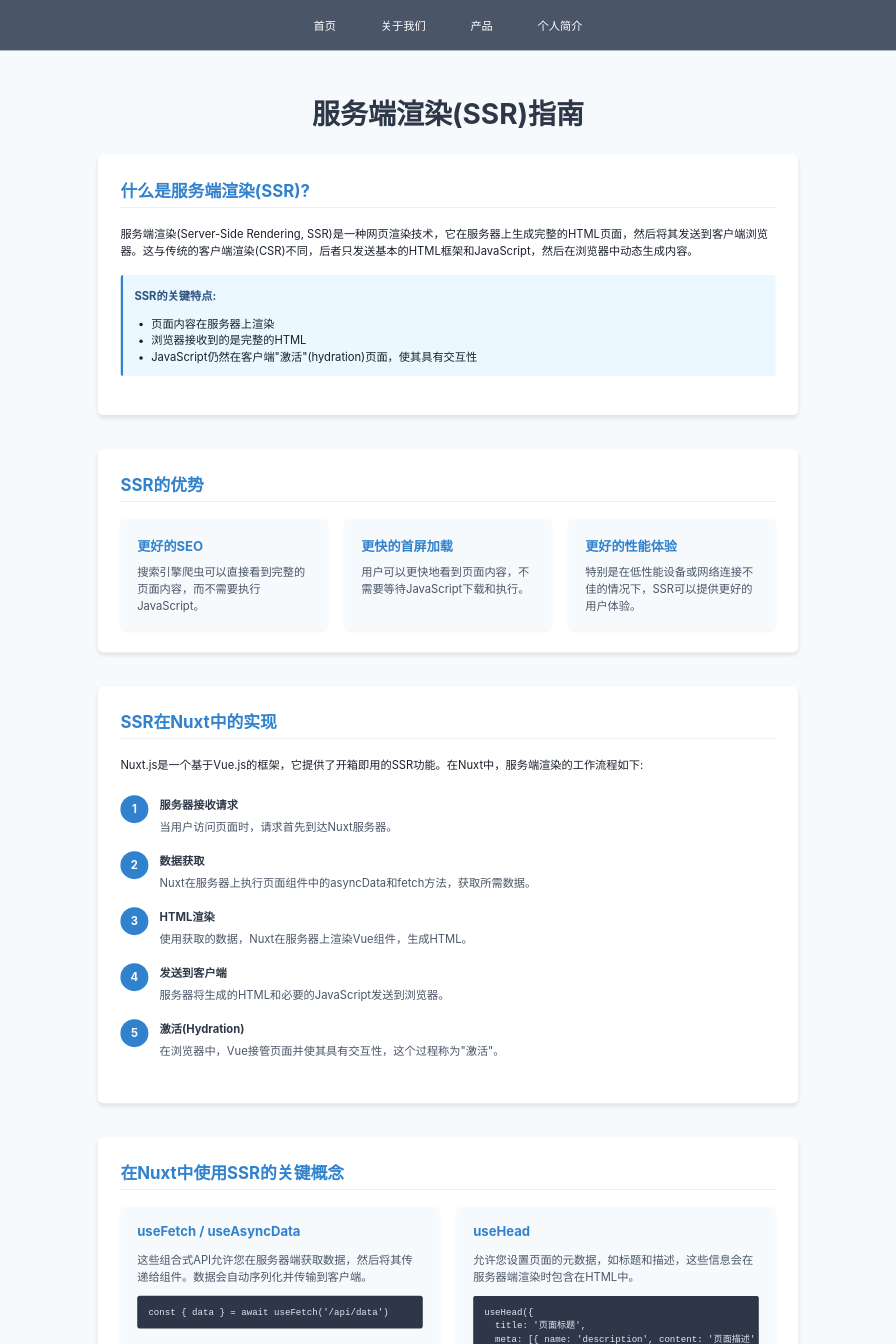
Repository: Bovia/about-me
Page: /ssr-guide
An editor plug-in stored every save of this project. The page is shown before and after the next save, followed by the edit.
The browser window is 1280 px wide. The pictures show the part of the page from y = 0 to 1920 px (the page is 3513 px tall), at 70% of full size.
The project was rebuilt for these pictures with package versions that can differ from the ones it lists, and the page was loaded fresh each time. The framework's server and built-in components were replaced by stand-ins that run in the browser. Also part of the build but not shown: nuxt.config.ts, components/AnimatedSkillTag.vue, components/AnimationShowcase.vue, components/CertificateModal.vue, components/ContactForm.vue, components/FloatingParticles.vue, components/GitHubShowcase.vue, components/GlassNavbar.vue and 6 more.

Above is the page before, as saved 2025-06-30 13:26:33.

### layouts/default.vue
<template>
  <div class="layout">
    <header class="header">
      <nav class="nav">
        <NuxtLink to="/" class="nav-link">首页</NuxtLink>
        <NuxtLink to="/about" class="nav-link">关于我们</NuxtLink>
        <NuxtLink to="/products" class="nav-link">产品</NuxtLink>
        <NuxtLink to="/profile" class="nav-link">个人简介</NuxtLink>
      </nav>
    </header>

    <main class="main-content">
      <slot />x
    </main>

    <footer class="footer">
      <p>&copy; {{ new Date().getFullYear() }} Nuxt SSR 项目</p>
    </footer>
  </div>
</template>

<style scoped>
.layout {
  display: flex;
  flex-direction: column;
  min-height: 100vh;
}

.header {
  background-color: #4a5568;
  padding: 1rem;
}

.nav {
  display: flex;
  justify-content: center;
  gap: 2rem;
}

.nav-link {
  color: white;
  text-decoration: none;
  font-weight: 500;
  padding: 0.5rem 1rem;
  border-radius: 0.25rem;
  transition: background-color 0.2s;
}

.nav-link:hover {
  background-color: #2d3748;
}

.main-content {
  flex: 1;
  padding: 2rem;
  max-width: 1200px;
  margin: 0 auto;
  width: 100%;
}

.footer {
  background-color: #2d3748;
  color: white;
  text-align: center;
  padding: 1rem;
  margin-top: auto;
}
</style>

### app.vue
<template>
  <NuxtLayout>
    <NuxtPage />
  </NuxtLayout>
</template>

<style>
html, body {
  margin: 0;
  padding: 0;
  font-family: -apple-system, BlinkMacSystemFont, 'Segoe UI', Roboto, Oxygen, Ubuntu, Cantarell, 'Open Sans', 'Helvetica Neue', sans-serif;
  background-color: #f7fafc;
  color: #1a202c;
}

* {
  box-sizing: border-box;
}
</style>

### pages/ssr-guide.vue
<template>
  <div class="ssr-guide">
    <h1>服务端渲染(SSR)指南</h1>

    <div class="guide-content">
      <section class="guide-section">
        <h2>什么是服务端渲染(SSR)?</h2>
        <p>
          服务端渲染(Server-Side Rendering, SSR)是一种网页渲染技术，它在服务器上生成完整的HTML页面，然后将其发送到客户端浏览器。这与传统的客户端渲染(CSR)不同，后者只发送基本的HTML框架和JavaScript，然后在浏览器中动态生成内容。
        </p>
        <div class="info-box">
          <h4>SSR的关键特点:</h4>
          <ul>
            <li>页面内容在服务器上渲染</li>
            <li>浏览器接收到的是完整的HTML</li>
            <li>JavaScript仍然在客户端"激活"(hydration)页面，使其具有交互性</li>
          </ul>
        </div>
      </section>

      <section class="guide-section">
        <h2>SSR的优势</h2>
        <div class="advantages">
          <div class="advantage-card">
            <h3>更好的SEO</h3>
            <p>搜索引擎爬虫可以直接看到完整的页面内容，而不需要执行JavaScript。</p>
          </div>

          <div class="advantage-card">
            <h3>更快的首屏加载</h3>
            <p>用户可以更快地看到页面内容，不需要等待JavaScript下载和执行。</p>
          </div>

          <div class="advantage-card">
            <h3>更好的性能体验</h3>
            <p>特别是在低性能设备或网络连接不佳的情况下，SSR可以提供更好的用户体验。</p>
          </div>
        </div>
      </section>

      <section class="guide-section">
        <h2>SSR在Nuxt中的实现</h2>
        <p>
          Nuxt.js是一个基于Vue.js的框架，它提供了开箱即用的SSR功能。在Nuxt中，服务端渲染的工作流程如下:
        </p>

        <div class="flow-diagram">
          <div class="flow-step">
            <div class="step-number">1</div>
            <div class="step-content">
              <h4>服务器接收请求</h4>
              <p>当用户访问页面时，请求首先到达Nuxt服务器。</p>
            </div>
          </div>

          <div class="flow-step">
            <div class="step-number">2</div>
            <div class="step-content">
              <h4>数据获取</h4>
              <p>Nuxt在服务器上执行页面组件中的asyncData和fetch方法，获取所需数据。</p>
            </div>
          </div>

          <div class="flow-step">
            <div class="step-number">3</div>
            <div class="step-content">
              <h4>HTML渲染</h4>
              <p>使用获取的数据，Nuxt在服务器上渲染Vue组件，生成HTML。</p>
            </div>
          </div>

          <div class="flow-step">
            <div class="step-number">4</div>
            <div class="step-content">
              <h4>发送到客户端</h4>
              <p>服务器将生成的HTML和必要的JavaScript发送到浏览器。</p>
            </div>
          </div>

          <div class="flow-step">
            <div class="step-number">5</div>
            <div class="step-content">
              <h4>激活(Hydration)</h4>
              <p>在浏览器中，Vue接管页面并使其具有交互性，这个过程称为"激活"。</p>
            </div>
          </div>
        </div>
      </section>

      <section class="guide-section">
        <h2>在Nuxt中使用SSR的关键概念</h2>

        <div class="concept-grid">
          <div class="concept-card">
            <h3>useFetch / useAsyncData</h3>
            <p>这些组合式API允许您在服务器端获取数据，然后将其传递给组件。数据会自动序列化并传输到客户端。</p>
            <pre><code>const { data } = await useFetch('/api/data')</code></pre>
          </div>

          <div class="concept-card">
            <h3>useHead</h3>
            <p>允许您设置页面的元数据，如标题和描述，这些信息会在服务器端渲染时包含在HTML中。</p>
            <pre><code>useHead({
  title: '页面标题',
  meta: [{ name: 'description', content: '页面描述' }]
})</code></pre>
          </div>

          <div class="concept-card">
            <h3>nuxt.config.ts</h3>
            <p>Nuxt配置文件中的ssr选项允许您控制是否启用服务端渲染。</p>
            <pre><code>export default defineNuxtConfig({
  ssr: true // 启用SSR (默认值)
})</code></pre>
          </div>

          <div class="concept-card">
            <h3>客户端/服务端特定代码</h3>
            <p>使用process.client和process.server可以编写只在客户端或服务器端执行的代码。</p>
            <pre><code>if (process.server) {
  // 只在服务器上执行的代码
}

if (process.client) {
  // 只在浏览器中执行的代码
}</code></pre>
          </div>
        </div>
      </section>

      <section class="guide-section">
        <h2>SSR vs CSR vs 静态生成</h2>
        <table class="comparison-table">
          <thead>
            <tr>
              <th>特性</th>
              <th>服务端渲染 (SSR)</th>
              <th>客户端渲染 (CSR)</th>
              <th>静态生成 (SSG)</th>
            </tr>
          </thead>
          <tbody>
            <tr>
              <td>页面生成时间</td>
              <td>每次请求时</td>
              <td>在浏览器中</td>
              <td>构建时</td>
            </tr>
            <tr>
              <td>SEO</td>
              <td>很好</td>
              <td>较差</td>
              <td>很好</td>
            </tr>
            <tr>
              <td>首屏加载</td>
              <td>快</td>
              <td>慢</td>
              <td>最快</td>
            </tr>
            <tr>
              <td>服务器负载</td>
              <td>高</td>
              <td>低</td>
              <td>最低</td>
            </tr>
            <tr>
              <td>数据实时性</td>
              <td>实时</td>
              <td>实时</td>
              <td>构建时静态</td>
            </tr>
          </tbody>
        </table>
      </section>

      <section class="guide-section">
        <h2>实际示例：本项目中的SSR</h2>
        <p>
          在本项目中，我们已经实现了几个使用SSR的页面：
        </p>
        <ul class="example-list">
          <li>
            <strong>产品页面</strong> - 使用<code>useFetch</code>从服务器API获取产品数据
          </li>
          <li>
            <strong>个人简介页面</strong> - 使用<code>useFetch</code>从服务器API获取用户资料
          </li>
        </ul>
        <p>
          这些页面展示了SSR的基本工作流程：
        </p>
        <ol>
          <li>在服务器上获取数据</li>
          <li>使用数据渲染HTML</li>
          <li>将HTML发送到浏览器</li>
          <li>在浏览器中"激活"页面，使其具有交互性</li>
        </ol>
      </section>
    </div>
  </div>
</template>

<script setup>
// 页面元数据
useHead({
  title: 'SSR指南 - Nuxt SSR 项目',
  meta: [
    { name: 'description', content: '了解服务端渲染(SSR)的基本概念和在Nuxt中的实现' }
  ]
})
</script>

<style scoped>
.ssr-guide {
  max-width: 1000px;
  margin: 0 auto;
  padding-bottom: 3rem;
}

h1 {
  text-align: center;
  font-size: 2.5rem;
  margin-bottom: 2rem;
  color: #2d3748;
}

.guide-section {
  margin-bottom: 3rem;
  background-color: white;
  padding: 2rem;
  border-radius: 0.5rem;
  box-shadow: 0 4px 6px rgba(0, 0, 0, 0.1);
}

.guide-section h2 {
  color: #3182ce;
  margin-top: 0;
  margin-bottom: 1.5rem;
  padding-bottom: 0.5rem;
  border-bottom: 1px solid #e2e8f0;
}

.info-box {
  background-color: #ebf8ff;
  border-left: 4px solid #3182ce;
  padding: 1rem;
  margin: 1.5rem 0;
  border-radius: 0.25rem;
}

.info-box h4 {
  margin-top: 0;
  margin-bottom: 0.5rem;
  color: #2c5282;
}

.info-box ul {
  margin-bottom: 0;
  padding-left: 1.5rem;
}

.advantages {
  display: grid;
  grid-template-columns: repeat(auto-fill, minmax(250px, 1fr));
  gap: 1.5rem;
}

.advantage-card {
  background-color: #f7fafc;
  padding: 1.5rem;
  border-radius: 0.5rem;
  box-shadow: 0 2px 4px rgba(0, 0, 0, 0.05);
}

.advantage-card h3 {
  color: #3182ce;
  margin-top: 0;
  margin-bottom: 0.75rem;
}

.advantage-card p {
  margin: 0;
  color: #4a5568;
}

.flow-diagram {
  margin: 2rem 0;
}

.flow-step {
  display: flex;
  margin-bottom: 1.5rem;
}

.step-number {
  display: flex;
  align-items: center;
  justify-content: center;
  width: 40px;
  height: 40px;
  background-color: #3182ce;
  color: white;
  border-radius: 50%;
  font-weight: bold;
  margin-right: 1rem;
  flex-shrink: 0;
}

.step-content {
  flex: 1;
}

.step-content h4 {
  margin-top: 0;
  margin-bottom: 0.5rem;
  color: #2d3748;
}

.step-content p {
  margin: 0;
  color: #4a5568;
}

.concept-grid {
  display: grid;
  grid-template-columns: repeat(auto-fill, minmax(300px, 1fr));
  gap: 1.5rem;
}

.concept-card {
  background-color: #f7fafc;
  padding: 1.5rem;
  border-radius: 0.5rem;
  box-shadow: 0 2px 4px rgba(0, 0, 0, 0.05);
}

.concept-card h3 {
  color: #3182ce;
  margin-top: 0;
  margin-bottom: 0.75rem;
}

.concept-card p {
  margin-bottom: 1rem;
  color: #4a5568;
}

.concept-card pre {
  background-color: #2d3748;
  color: #e2e8f0;
  padding: 1rem;
  border-radius: 0.25rem;
  overflow-x: auto;
  margin: 0;
}

.comparison-table {
  width: 100%;
  border-collapse: collapse;
  margin: 1.5rem 0;
}

.comparison-table th, .comparison-table td {
  padding: 0.75rem;
  text-align: left;
  border-bottom: 1px solid #e2e8f0;
}

.comparison-table th {
  background-color: #f7fafc;
  font-weight: bold;
  color: #2d3748;
}

.example-list li {
  margin-bottom: 0.75rem;
}

@media (max-width: 768px) {
  .guide-section {
    padding: 1.5rem;
  }

  .concept-grid, .advantages {
    grid-template-columns: 1fr;
  }
}
</style>

After the next save:
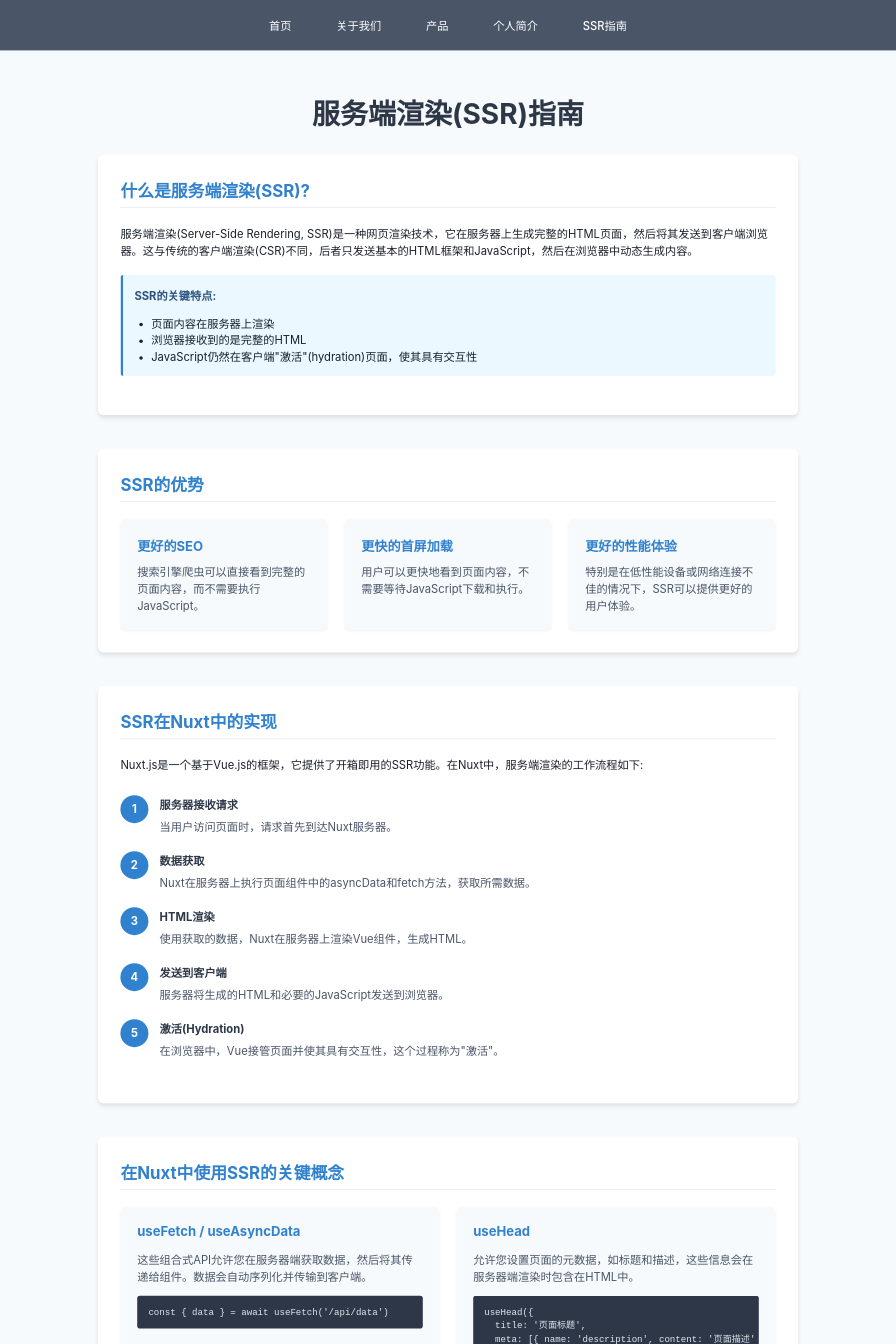
Saved 15 s later.
--- a/layouts/default.vue
+++ b/layouts/default.vue
@@ -6,6 +6,7 @@
         <NuxtLink to="/about" class="nav-link">关于我们</NuxtLink>
         <NuxtLink to="/products" class="nav-link">产品</NuxtLink>
         <NuxtLink to="/profile" class="nav-link">个人简介</NuxtLink>
+        <NuxtLink to="/ssr-guide" class="nav-link">SSR指南</NuxtLink>
       </nav>
     </header>
 
